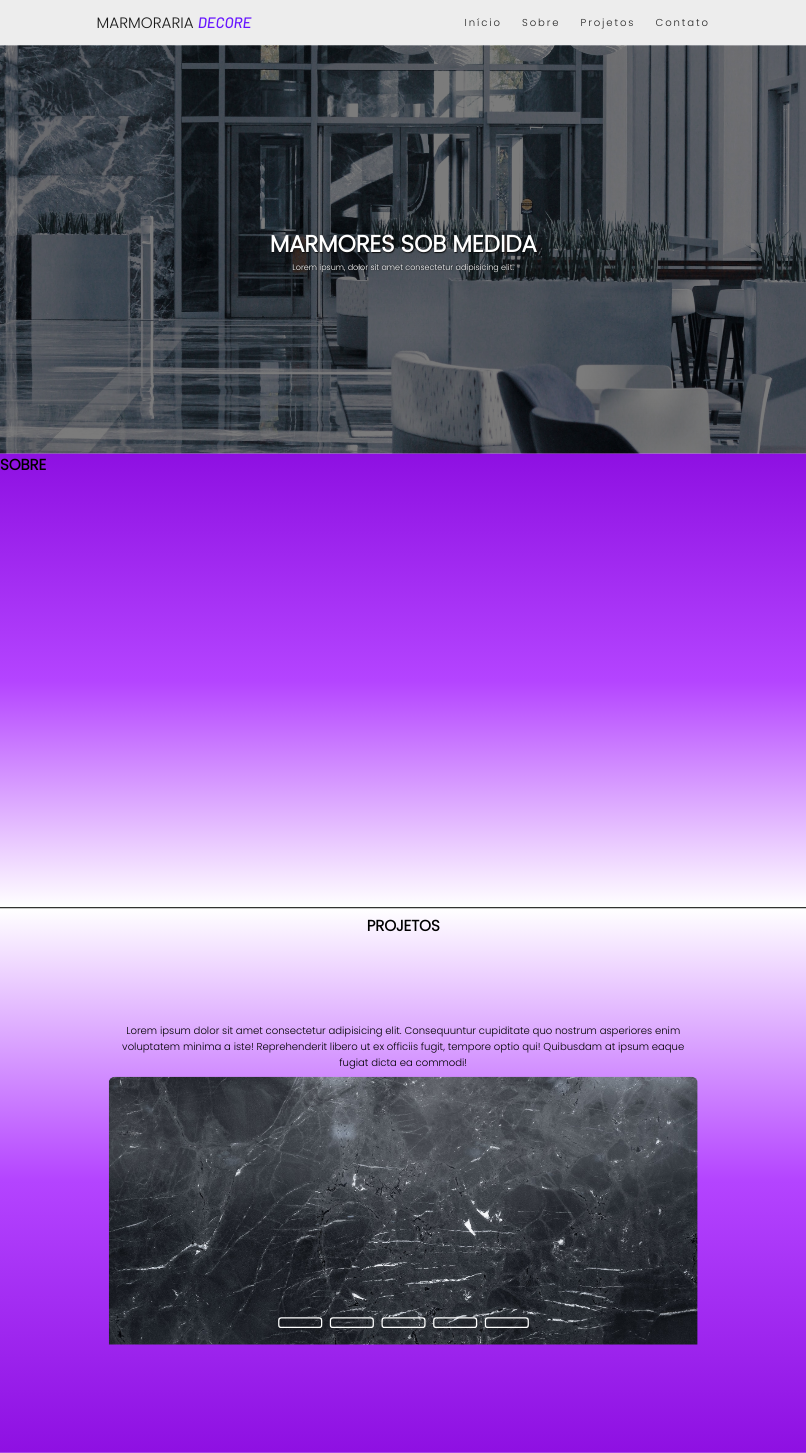
Repository: XFERRER7/projeto-xt7
Page: projetoMarmoraria/index.html
These files come from the project's save history. The page is drawn as it stood at one moment and after the next save; the edit follows.
The browser window is 1280 px wide. The pictures show the whole page, at 63% of full size.

Above is the page before, as saved 2022-04-21 17:11:19.

### projetoMarmoraria/index.html
<!DOCTYPE html>
<html lang="pt-br">

<head>
  <meta charset="UTF-8">
  <meta http-equiv="X-UA-Compatible" content="IE=edge">
  <meta name="viewport" content="width=device-width, initial-scale=1.0">
  <title>Marmoraria Decore</title>
  <link rel="stylesheet" href="css/style.css">

</head>

<body>
  <header>
    <nav>
      <a class="logo" href="#">MARMORARIA <span id="decore">DECORE</span></a>
      <div class="mobile-menu">
        <div class="line1"></div>
        <div class="line2"></div>
        <div class="line3"></div>
      </div>
      <ul class="nav-list">
        <li><a href="#">Início</a></li>
        <li><a href="#">Sobre</a></li>
        <li><a href="#">Projetos</a></li>
        <li><a href="#">Contato</a></li>
      </ul>
    </nav>
    <div class="hero-section">
      <div class="hero-section-text">
        <h1 id="titulo-header">MARMORES SOB MEDIDA</h1>
        <p id="paragrafo-header">Lorem ipsum, dolor sit amet consectetur adipisicing elit.</p>
      </div>
    </div>
  </header>
  <main>


    <section class="section-b">
      <h1 id="section-b-h1">SOBRE</h1>
    </section>




    <div id="divisa"></div>





    <section class="section-a">
      <h1 id="section-a-h1">PROJETOS</h1>
      <div class="content">
        <p class="desc" id="descricao">Lorem ipsum dolor sit amet consectetur adipisicing elit. Consequuntur cupiditate quo nostrum asperiores enim voluptatem minima a iste! Reprehenderit libero ut ex officiis fugit, tempore optio qui! Quibusdam at ipsum eaque fugiat dicta ea commodi!</p>
        <div class="slides">
          <input type="radio" name="slide" id="slide1" checked>
          <input type="radio" name="slide" id="slide2">
          <input type="radio" name="slide" id="slide3">
          <input type="radio" name="slide" id="slide4">
          <input type="radio" name="slide" id="slide5">
          <div class="slide s1">
            <img src="./img/2.jpg" alt="img-1">
          </div>
          <div class="slide">
            <img src="./img/1.jpg" alt="img-2">
          </div>
          <div class="slide">
            <img src="./img/3.jpg" alt="img-3">
          </div>
          <div class="slide">
            <img src="./img/4.jpg" alt="img-4">
          </div>
          <div class="slide">
            <img src="./img/5.jpg" alt="img-5">
          </div>
        </div>
        <div class="navigation">
          <!-- Aqui ficará os labels para selecionar os inputs das imagens-->
          <label class="bar" id="lbl1" for="slide1" onclick="mudarTextoLbl1()"></label>
          <label class="bar" id="lbl2" for="slide2" onclick="mudarTextoLbl2()"></label>
          <label class="bar" id="lbl3" for="slide3" onclick="mudarTextoLbl3()"></label>
          <label class="bar" id="lbl4" for="slide4" onclick="mudarTextoLbl4()"></label>
          <label class="bar" id="lbl5" for="slide5" onclick="mudarTextoLbl5()"></label>
        </div>
      </div>
    </section>

  </main>




  <script src="js/menu-bar.js"></script>
  <script src="js/changeText.js"></script>

  <footer>

  </footer>
</body>

</html>

### projetoMarmoraria/css/style.css
@import url('https://fonts.googleapis.com/css2?family=Poppins:ital,wght@0,300;1,100&display=swap');
@import url('https://fonts.googleapis.com/css2?family=Barlow:ital,wght@1,500&display=swap');
* {
    margin: 0;
    padding: 0;
    box-sizing: border-box;
    font-family: 'Poppins', sans-serif;
}

::-webkit-scrollbar {
  width: 15px;
}

::-webkit-scrollbar-track {
  background: #ffffff;

}

::-webkit-scrollbar-thumb {
  background: rgb(154, 2, 255);
  border-radius: 3px;
}

/*----------------------------------MENU-BAR----------------------------------*/
a {
  color: rgb(37, 37, 37);
  text-decoration: none;
  transition: 0.8s;
}

a:hover {
  color: blue;
  opacity: 0.7;
}

.logo {
  font-size: 1.5em;
  text-transform: uppercase;
  color: rgb(26, 26, 26);
}

#decore {
  font-family: 'Barlow', sans-serif;
  color: #6817ff;
}

nav {
  display: flex;
  justify-content: space-around;
  align-items: center;
  font-family: 'Poppins', sans-serif;
  background: #ededed;
  height: 10vh;
}


.nav-list {
  list-style: none;
  display: flex;
}

.nav-list li {
  letter-spacing: 3px;
  margin-left: 32px;
}

.mobile-menu {
  display: none;
  cursor: pointer;
}

.mobile-menu div {
  width: 32px;
  height: 2px;
  background: rgb(20, 24, 255);
  margin: 8px;
  transition: 0.3s;
}

@media (max-width: 999px) {
  body {
    overflow-x: hidden;
  }

  .logo {
    font-size: 1.8rem;
  }

  .nav-list {
    overflow-x: hidden;
    position: fixed;
    top: 10vh;
    right: 0;
    width: 50vw;
    height: 40vh;
    background: #ededed;
    flex-direction: column;
    align-items: center;
    justify-content: space-around;
    transform: translateX(100%);
    transition: transform 0.3s ease-in;
  }
  .nav-list li {
    margin-left: 0;
    opacity: 0;
  }
  .mobile-menu {
    display: block;
  }
}

.nav-list.active {
  transform: translateX(0);
}

@keyframes navLinkFade {
  from {
    opacity: 0;
    transform: translateX(50px);
  }
  to {
    opacity: 1;
    transform: translateX(0);
  }
}

.mobile-menu.active .line1 {
  transform: rotate(-45deg) translate(-8px, 8px);
}

.mobile-menu.active .line2 {
  opacity: 0;
}

.mobile-menu.active .line3 {
  transform: rotate(45deg) translate(-5px, -7px);
}

/*------------------------------IMAGEM DO HEADER------------------------------*/
.hero-section {
  background-image: linear-gradient(to bottom, rgba(0, 0, 0, 0.516),rgba(0, 0, 0, 0.516)), url(../img/img-header.jpg);
  background-position: 50%;
  background-repeat: no-repeat;
  background-size: cover;
  height: 90vh;
  text-align: center;
  display: -webkit-flex;
  display: -ms-flexbox;
  display: flex;
  -webkit-align-items: center;
      -ms-flex-align: center;
          align-items: center;
  -webkit-justify-content: center;
      -ms-flex-pack: center;
          justify-content: center;
}

#titulo-header {
  font-size: 2.3rem;
}

#paragrafo-header {
  font-size: 0.8rem;
}

.hero-section .hero-section-text {
  color: #fefefe;
  text-shadow: 1px 1px 2px #0a0a0a;
}


main {
  margin: 0;
  padding: 0;
  height: 150vh;
  width: 100%;
  position: absolute;
}

/*------------------------------------Sobre------------------------------------*/



















/*------------------------------Slider de imagens------------------------------*/

.section-a {
  height: 120vh;
  background-image: linear-gradient(to bottom, #fff, rgb(180, 68, 255), rgb(142, 16, 226));
  position: relative;
}

#section-a-h1 {
  text-align: center;
  padding-top: 10px;
}

.content {
  height: 520px;
  width: 935px;
  overflow: hidden;
  position: absolute;
  top: 50%;
  left: 50%;
  transform: translate(-50%, -50%);
}

.desc {
  text-align: center;
  padding: 10px;
}

.navigation {
  position: absolute;
  bottom: 20px;
  left: 50%;
  transform: translate(-50%);
  display: flex;
}

.bar {
  width: 70px;
  height: 17px;
  border: 2px solid rgb(255, 255, 255);
  margin: 6px;
  border-radius: 5px;
  cursor: pointer;
  transition: .4s;
}

.bar:hover {
  background: #fff;
}

input {
  display: none;
}

.slides {
  display: flex;
  width: 500%;
  height: 100%;
}

.slide {
  width: 20%;
  transition: .6s;
}

.slide img {
  width: 100%;
  height: 100%;
  border-radius: 10px;
}

#slide1:checked ~ .s1 {
  margin-left: 0;
}

#slide2:checked ~ .s1 {
  margin-left: -20%;
}

#slide3:checked ~ .s1 {
  margin-left: -40%;
}

#slide4:checked ~ .s1 {
  margin-left: -60%;
}

#slide5:checked ~ .s1 {
  margin-left: -80%;
}

@media (max-width: 999px) {

  .content {
    margin-top: -350px;
    width: 100%;

  }



}

#divisa {
  height: 2px;
  background-color: #000000;
}

.section-b {
  height: 100vh;
  background-image: linear-gradient(to top, #fff, rgb(180, 68, 255), rgb(142, 16, 226));
}

### projetoMarmoraria/js/menu-bar.js
class MobileNavbar {
  constructor(mobileMenu, navList, navLinks) {
    this.mobileMenu = document.querySelector(mobileMenu);
    this.navList = document.querySelector(navList);
    this.navLinks = document.querySelectorAll(navLinks);
    this.activeClass = "active";

    this.handleClick = this.handleClick.bind(this);
  }

  animateLinks() {
    this.navLinks.forEach((link, index) => {
      link.style.animation
        ? (link.style.animation = "")
        : (link.style.animation = `navLinkFade 0.5s ease forwards ${
            index / 7 + 0.3
          }s`);
    });
  }

  handleClick() {
    this.navList.classList.toggle(this.activeClass);
    this.mobileMenu.classList.toggle(this.activeClass);
    this.animateLinks();
  }

  addClickEvent() {
    this.mobileMenu.addEventListener("click", this.handleClick);
  }

  init() {
    if (this.mobileMenu) {
      this.addClickEvent();
    }
    return this;
  }
}

const mobileNavbar = new MobileNavbar(
  ".mobile-menu",
  ".nav-list",
  ".nav-list li",
);
mobileNavbar.init();

### projetoMarmoraria/js/changeText.js
function mudarTextoLbl1() {
  document.getElementById('descricao').textContent = "Lorem ipsum dolor sit amet consectetur adipisicing elit. Hic, nisi exercitationem harum officia facilis nihil vitae eligendi provident architecto quis quod unde quas incidunt assumenda corporis iste repudiandae esse voluptatibus?";
}
function mudarTextoLbl2() {
  document.getElementById('descricao').textContent = "Lorem ipsum dolor sit, amet consectetur adipisicing elit. Sapiente distinctio ipsa incidunt non exercitationem laboriosam animi id accusamus placeat, commodi, veniam rerum ut! Fugiat tenetur unde nihil minima fuga veniam odio nulla pariatur eum reiciendis.";
}
function mudarTextoLbl3() {
  document.getElementById('descricao').textContent = "Lorem ipsum dolor sit amet consectetur adipisicing elit. Quas nisi saepe nobis? Maxime blanditiis illo animi tempora maiores expedita qui eum, iusto, ratione odit quia repellendus delectus voluptate nobis nam tenetur, officiis magnam quisquam fugiat dicta nisi id natus. Magnam.";
}
function mudarTextoLbl4() {
  document.getElementById('descricao').textContent = "Lorem ipsum dolor sit amet, consectetur adipisicing elit. Quos eius dolor libero iste impedit nesciunt animi totam corporis id quod.";
}
function mudarTextoLbl5() {
  document.getElementById('descricao').textContent = "Lorem ipsum dolor sit amet, consectetur adipisicing elit. Obcaecati nulla quos quia? Consectetur laudantium illum asperiores excepturi. Itaque ab, rem tempore ullam, fugit aspernatur est alias quaerat expedita nulla, unde recusandae dolore quidem reiciendis atque?";
}

After the next save:
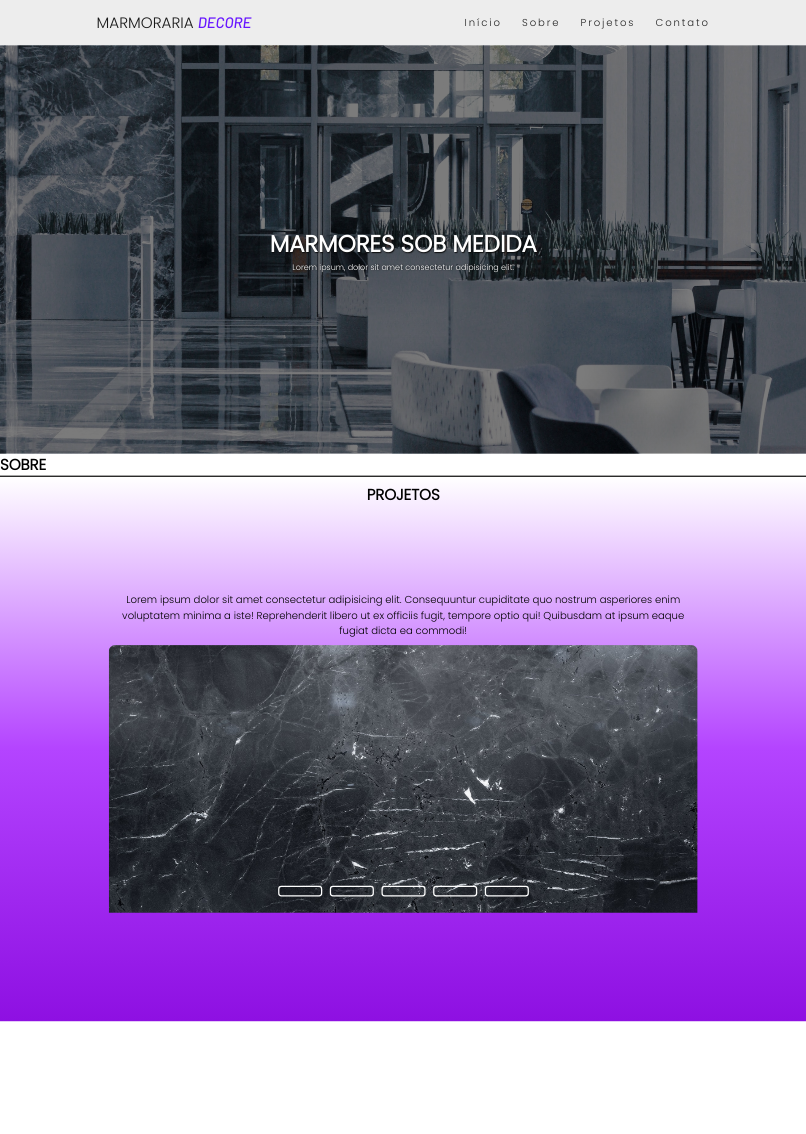
Saved 42 s later.
--- a/projetoMarmoraria/css/style.css
+++ b/projetoMarmoraria/css/style.css
@@ -304,8 +304,3 @@ input {
   height: 2px;
   background-color: #000000;
 }
-
-.section-b {
-  height: 100vh;
-  background-image: linear-gradient(to top, #fff, rgb(180, 68, 255), rgb(142, 16, 226));
-}

After the save that followed:
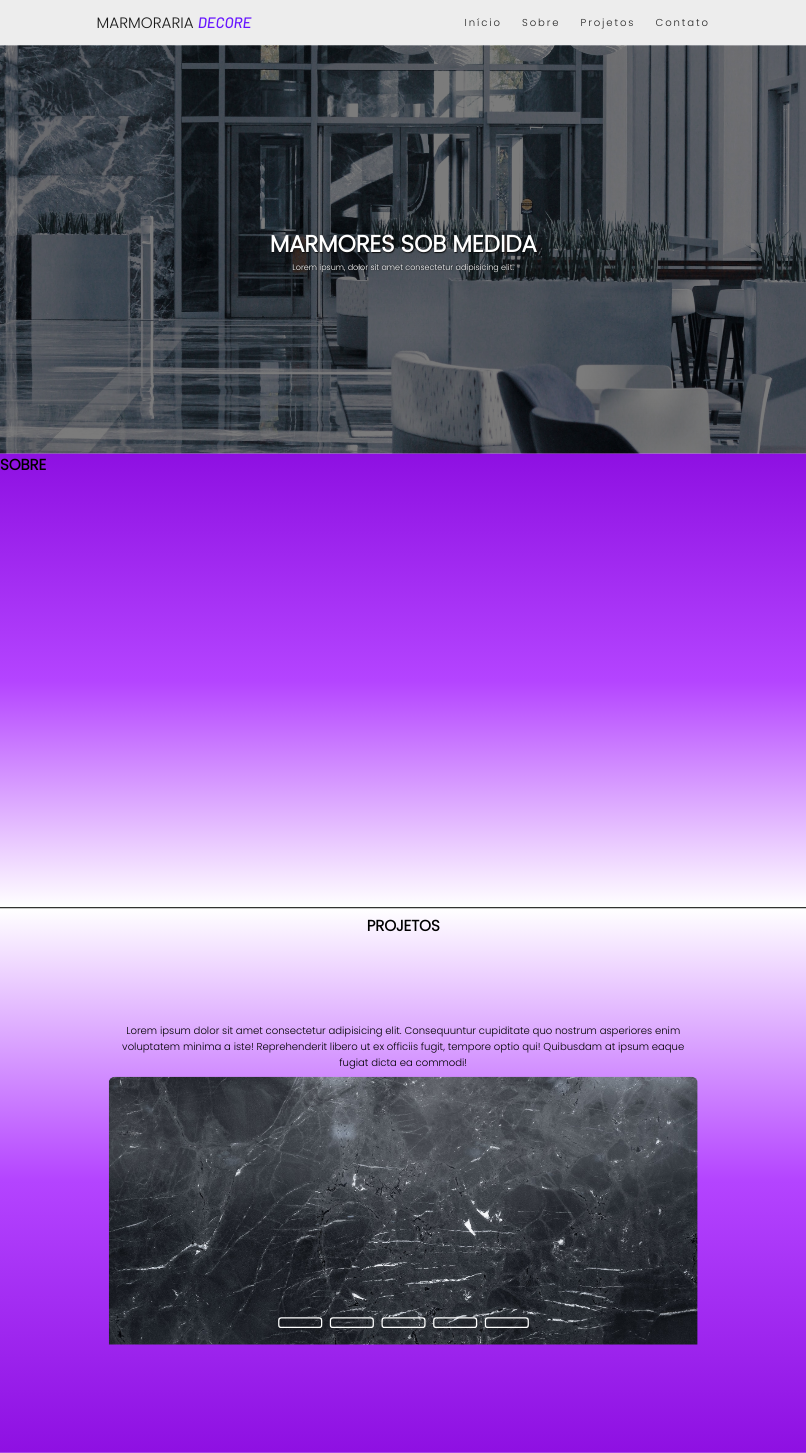
Saved 16 s later.
--- a/projetoMarmoraria/css/style.css
+++ b/projetoMarmoraria/css/style.css
@@ -179,7 +179,10 @@ main {
 
 /*------------------------------------Sobre------------------------------------*/
 
-
+.section-b {
+  height: 100vh;
+  background-image: linear-gradient(to top, #fff, rgb(180, 68, 255), rgb(142, 16, 226));
+}
 
 
 
